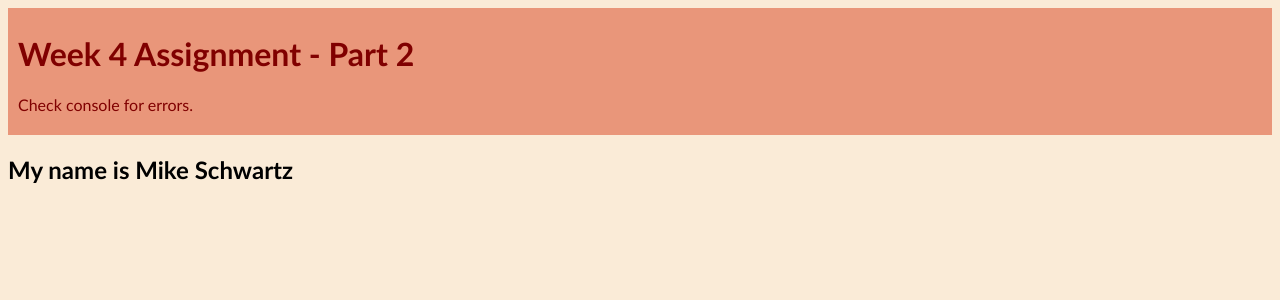
Repository: Ellusionism/prime-pw-week-4-assignment-part-2
Page: assignment/index.html
These files come from the project's save history. The page is drawn as it stood at one moment and after a run of saves; the edit follows.
The browser window is 1280 px wide. The pictures show the whole page.

Above is the page before, as saved 2022-11-16 17:51:54.

### assignment/index.html
<!DOCTYPE html>
<meta name="viewport" content="width=device-width">
<html lang="en-US">
  <head>
    <meta charset="utf-8">
    <title>Week 4 Assignment</title>
    <link rel="stylesheet" href="stylesheet.css">
    <!-- Create and CSS file -->
  </head>
  <body>
    <header class="homepageHeader">
      <h1>Week 4 Assignment - Part 2</h1>
      <p>Check console for errors.</p>
  </header>
  <div>
    <h2 class="info"> My name is Mike Schwartz </h2>
  </div>
  </body>
</html>

### assignment/stylesheet.css
body {
 font-family:'Trebuchet MS', 'Lucida Sans Unicode', 'Lucida Grande', 'Lucida Sans', Arial, sans-serif;
 background-color:antiquewhite;
}

.homepageHeader {
 background-color:darksalmon;
 padding: 5px 10px;
 color: maroon;
}

.info {
 background-color:

}

After the next 10 saves:
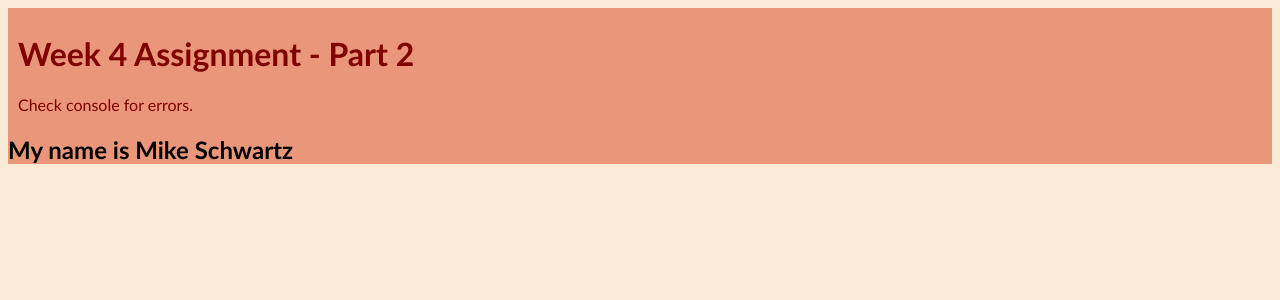
The 10 saves are shown as one change because they came seconds apart.
The last was saved 29 s later.
--- a/assignment/stylesheet.css
+++ b/assignment/stylesheet.css
@@ -10,6 +10,7 @@ body {
 }
 
 .info {
- background-color:
+ background-color:darksalmon;
+ margin: auto;
 
 }
